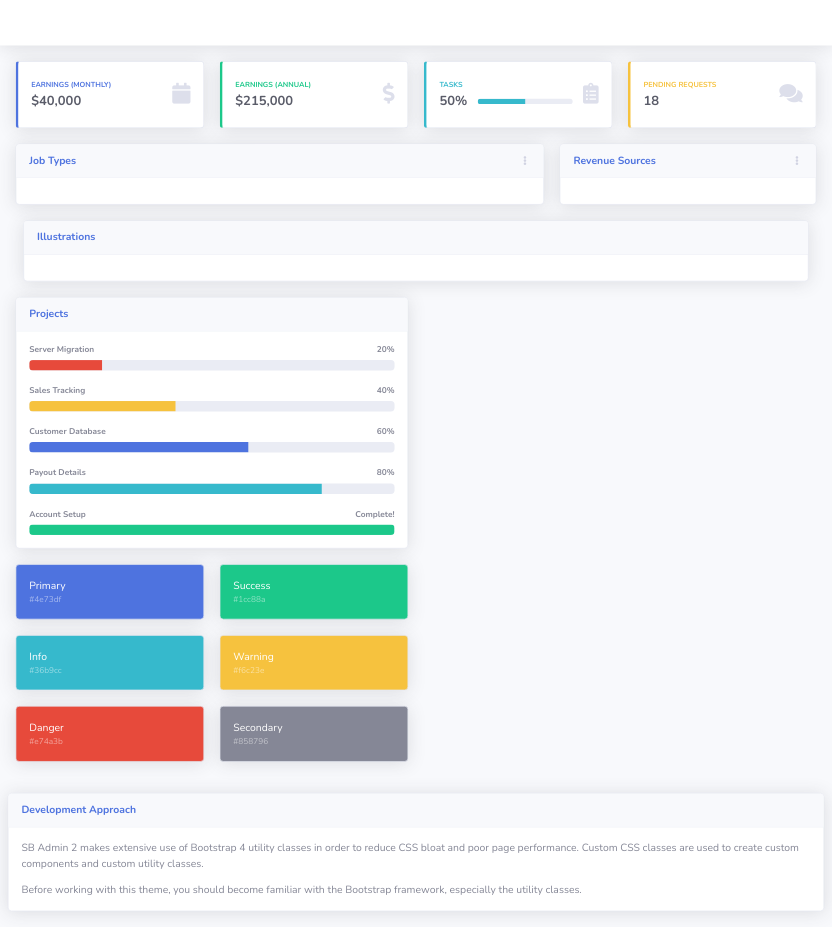
Repository: fLavery/NodeDashboard
Page: index.html
The author's editor kept a record of every edit. The page is drawn from the files as they stood at one moment, then again after the next edit.
The browser window is 1280 px wide. The pictures show the whole page, at 65% of full size.

Above is the page before.
Console error: ReferenceError: dateGroupVisa is not defined

After the next edit:
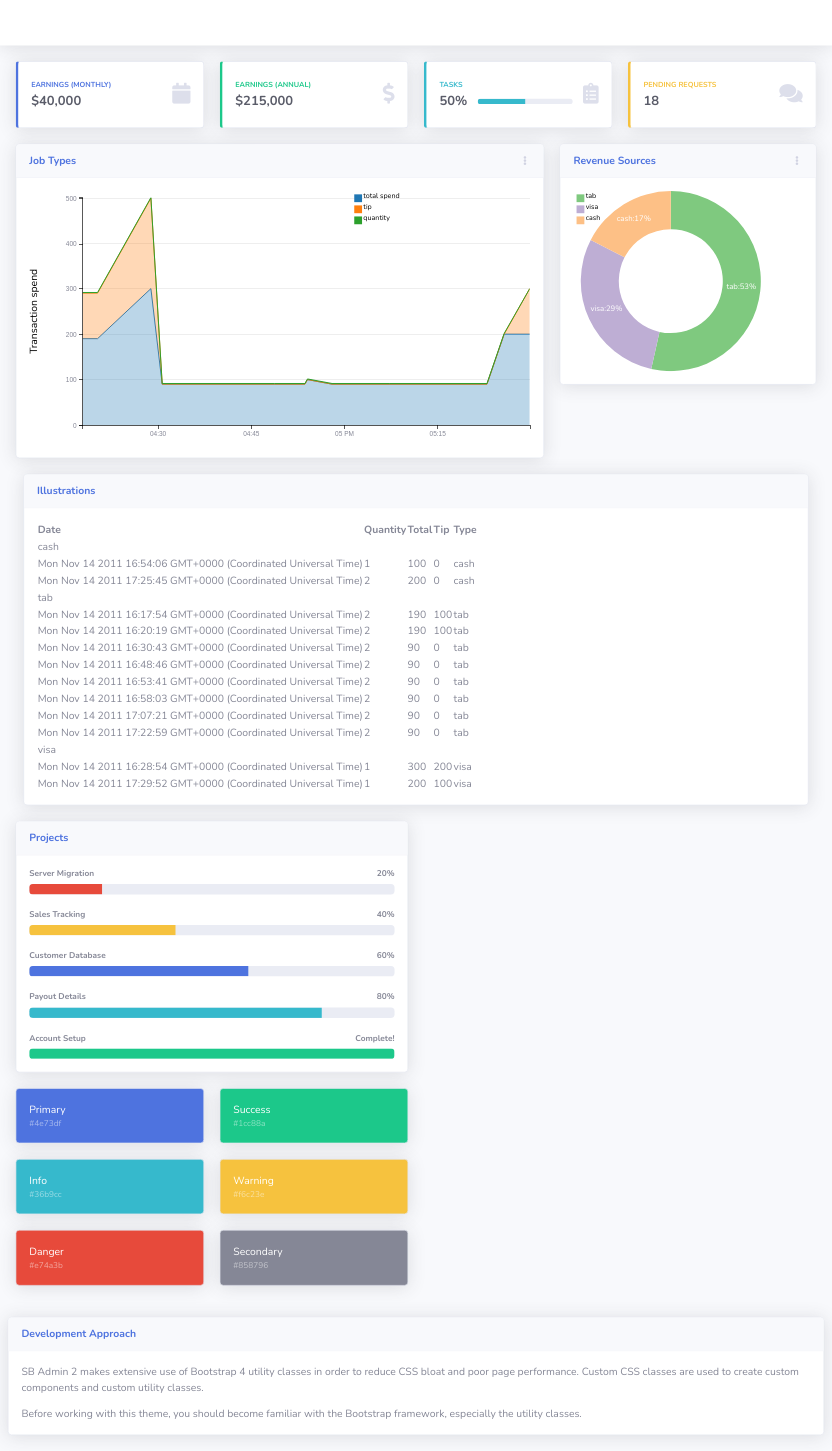
Console error: TypeError: Cannot read properties of null (reading 'length')
The edit:
--- a/index.html
+++ b/index.html
@@ -240,7 +240,7 @@
                       .dimension(dateDimension)
                       .group(dateGroup, "total spend")
                       .stack(dateGroupTip, "tip")
-                      .stack(dateGroupVisa, "quantity")
+                      .stack(dateGroupQuantity, "quantity")
 
                       .yAxisLabel("Transaction spend")
                       .renderHorizontalGridLines(true)
